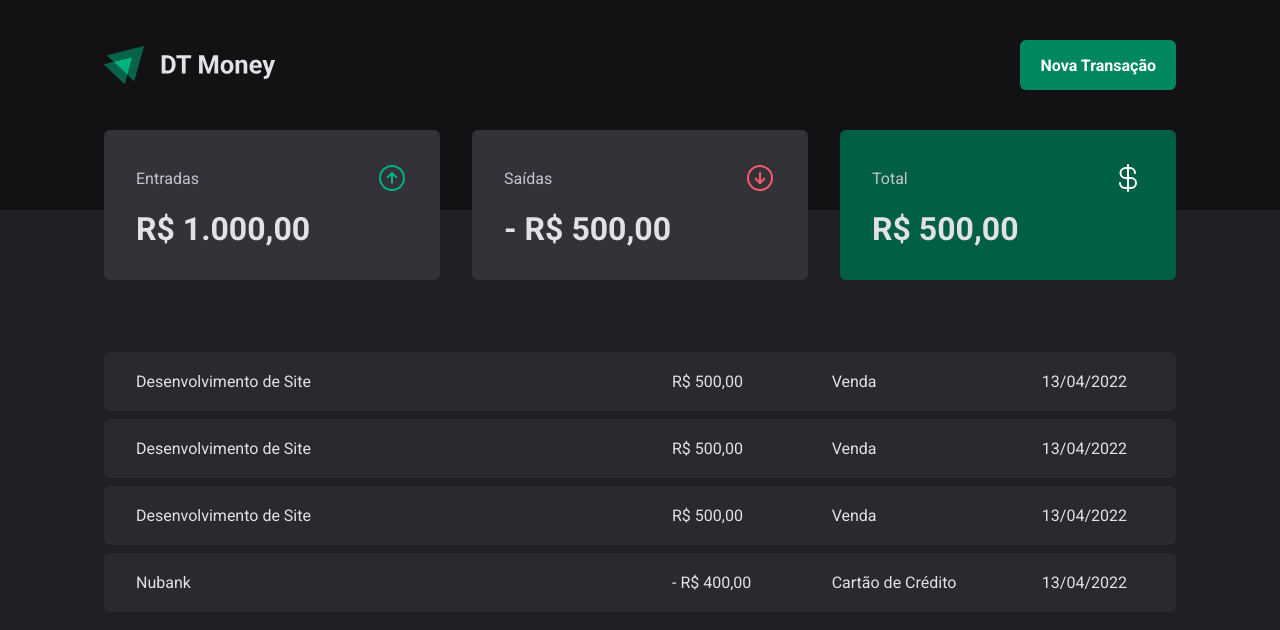
Repository: guilhermecardoso93/dtmoney-reactjs-ignite
Page: /
The author's editor kept a copy of each file at every save. The page is drawn from the files as they stood at one save, then again after the next save.
The browser window is 1280 px wide. The pictures show the whole page.
The project was rebuilt for these pictures with package versions that can differ from the ones it lists, and the page was loaded fresh each time. Also part of the build but not shown: vite.config.ts.

Above is the page before, as saved 2022-08-15 21:31:34.

After the next save:
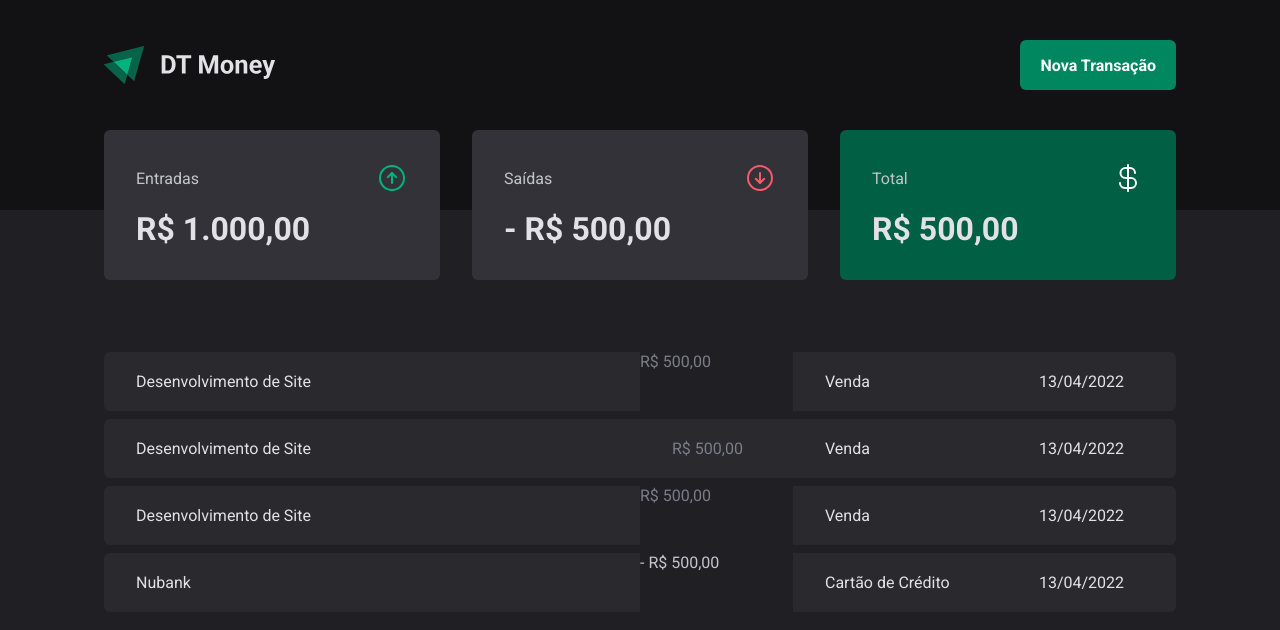
Saved 104 s later.
--- a/src/pages/Transactions/index.tsx
+++ b/src/pages/Transactions/index.tsx
@@ -1,4 +1,4 @@
-import { TransactionContainer, TransactionTable } from "./styles";
+import { PriceHighLight, TransactionContainer, TransactionTable } from "./styles";
 
 export function Transactions() {
   return (
@@ -8,25 +8,27 @@ export function Transactions() {
           <tbody>
             <tr>
               <td width="50%">Desenvolvimento de Site</td>
-              <td>R$ 500,00</td>
+              <PriceHighLight variant="income">R$ 500,00</PriceHighLight>
               <td>Venda</td>
               <td>13/04/2022</td>
             </tr>
             <tr>
               <td width="50%">Desenvolvimento de Site</td>
-              <td>R$ 500,00</td>
+              <td>
+                <PriceHighLight variant="income">R$ 500,00</PriceHighLight>
+              </td>
               <td>Venda</td>
               <td>13/04/2022</td>
             </tr>
             <tr>
               <td width="50%">Desenvolvimento de Site</td>
-              <td>R$ 500,00</td>
+              <PriceHighLight variant="income">R$ 500,00</PriceHighLight>
               <td>Venda</td>
               <td>13/04/2022</td>
             </tr>
             <tr>
               <td width="50%">Nubank</td>
-              <td> - R$ 400,00</td>
+              <PriceHighLight variant="outcome">- R$ 500,00</PriceHighLight>
               <td>Cartão de Crédito</td>
               <td>13/04/2022</td>
             </tr>
